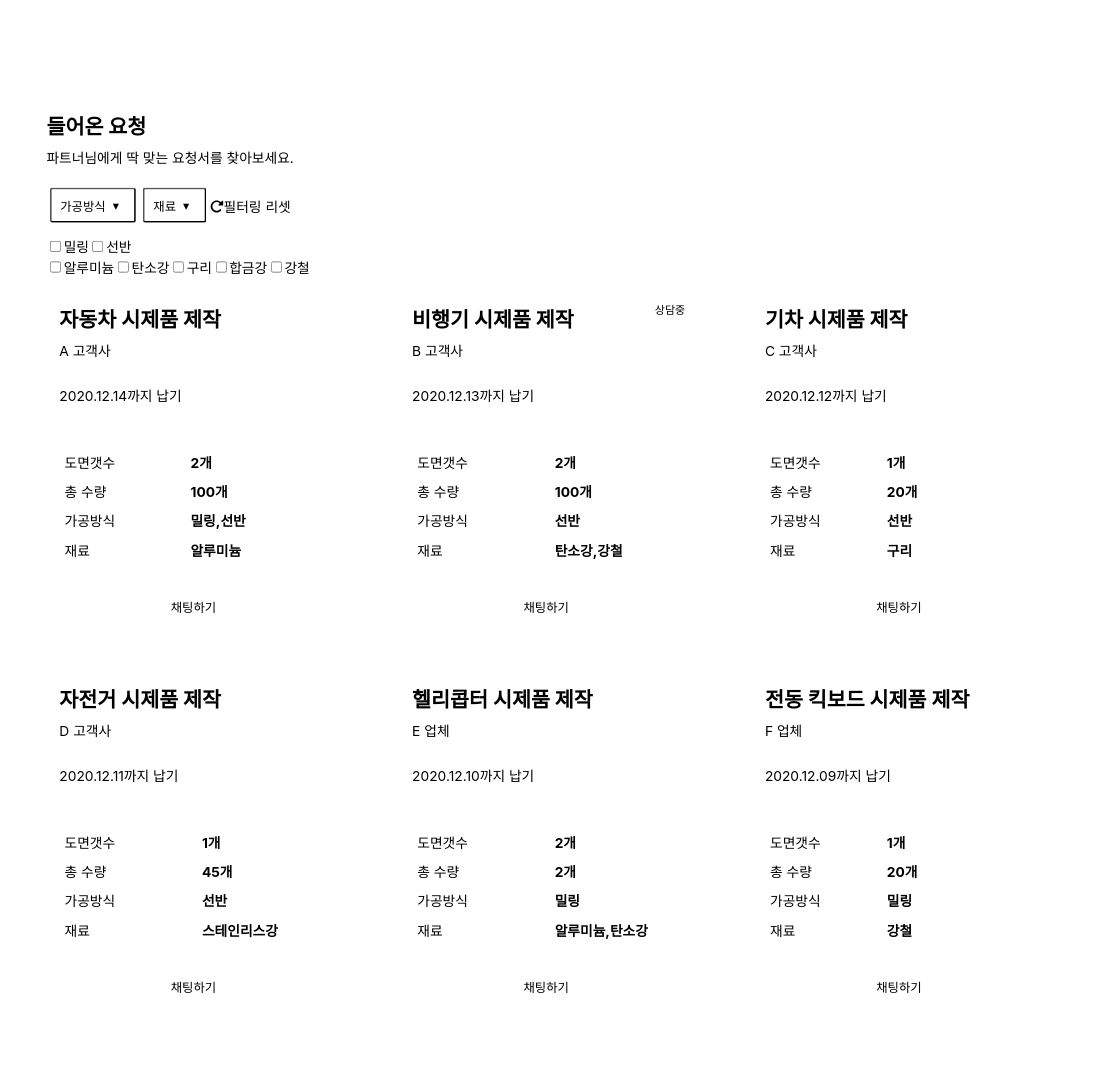
Repository: seoulsaram/capa
Page: /
An editor plug-in stored every save of this project. The page is shown before and after the next save, followed by the edit.
The browser window is 1280 px wide. The pictures show the whole page, at 86% of full size.
The project was rebuilt for these pictures with package versions that can differ from the ones it lists, and the page was loaded fresh each time. Requests to the local data server were answered from the project's data file. Also part of the build but not shown: src/App.css.

Above is the page before, as saved 2021-03-07 13:28:24.

### public/index.html
<!DOCTYPE html>
<html lang="en">
  <head>
    <meta charset="utf-8" />
    <link rel="icon" href="%PUBLIC_URL%/favicon.ico" />
    <meta name="viewport" content="width=device-width, initial-scale=1" />
    <meta name="theme-color" content="#000000" />
    <meta name="description" content="Web site created using create-react-app" />

    <title>React App</title>
  </head>
  <body>
    <noscript>You need to enable JavaScript to run this app.</noscript>
    <div id="root"></div>
  </body>
</html>

### src/index.js
import React from "react";
import ReactDOM from "react-dom";
import "./index.css";
import App from "./app";
import RequestInfo from "./service/request_info";

const requestInfo = new RequestInfo();

ReactDOM.render(
  <React.StrictMode>
    <App requestInfo={requestInfo} />
  </React.StrictMode>,
  document.getElementById("root")
);

### src/App.js
import "./app.css";
import Header from "./components/header/header";
import ItemContainer from "./components/item_container/item_container";
import "@fortawesome/fontawesome-free/js/all.js";

function App({ requestInfo }) {
  return (
    <div>
      <Header />
      <ItemContainer requestInfo={requestInfo} />
    </div>
  );
}

export default App;

### src/service/request_info.js
class RequestInfo {
  constructor() {
    this.getrequestOptions = {
      method: "GET",
    };
  }

  async getInfo() {
    const response = await fetch("http://localhost:3002/requests", this.getrequestOptions);
    const res = await response.json();
    return res;
  }
}

export default RequestInfo;

### src/components/header/header.js
import React, { memo } from "react";
import styles from "./header.module.css";

const Header = (props) => (
  <div className={styles.header}>
    <div className={styles.headerLeft}>
      <p>CAPA</p>
      <p>파트너스</p>
    </div>
    <div className={styles.headerRight}>
      <p>A가공업체</p>
      <div className={styles.line}></div>
      <p>로그아웃</p>
    </div>
  </div>
);

export default Header;

### src/components/item_container/item_container.js
import React, { useEffect, useState } from "react";
import Filter from "../filter/filter";
import RequestBox from "../request_box/request_box";
import styles from "./item_container.module.css";

const ItemContainer = ({ requestInfo }) => {
  const [reqInfo, setReqInfo] = useState([]);

  useEffect(() => {
    requestInfo.getInfo().then((info) => setReqInfo(info));
  }, [requestInfo]);

  const handleFilter = (filter) => {};

  return (
    <section className={styles.section}>
      <h2 className={styles.title}>들어온 요청</h2>
      <p className={styles.desc}>파트너님에게 딱 맞는 요청서를 찾아보세요.</p>
      <Filter reqInfo={reqInfo} handleFilter={handleFilter} />

      <ul className={styles.cards}>
        {reqInfo.map((info) => (
          <RequestBox reqInfo={info} key={info.id} />
        ))}
      </ul>
    </section>
  );
};

export default ItemContainer;

### src/components/header/header.module.css
@value MakeBlue from '../../common/color.css';

.header {
  display: flex;
  justify-content: space-between;
  padding: 5px 20px;
  background-color: MakeBlue;
  color: white;
}

.headerLeft {
  display: flex;
  align-items: center;
}

.headerRight {
  display: flex;
  align-items: center;
}

.line {
  width: 2px;
  height: 50%;
  background-color: white;
  margin: 0px 14px;
}

### src/components/filter/filter.jsx
import React, { useState } from "react";
import styles from "./filter.module.css";

const Filter = ({ reqInfo, handleFilter }) => {
  const [checked, setChecked] = useState([]);

  const method = ["밀링", "선반"];
  const material = ["알루미늄", "탄소강", "구리", "합금강", "강철"];
  //console.log(material.indexOf("알루미늄"));

  const handleToggle = (value) => {
    const currentIndex = method.indexOf(value);
    // -1
    const newChecked = [...checked];

    if (currentIndex >= 0) {
      newChecked.slice(currentIndex, 1);
    }
    newChecked.push(value);
    setChecked(newChecked);
    //handleFilter(newChecked);
    console.log(checked);
  };

  return (
    <section className={styles.section}>
      {/* 가공방식 */}
      {/* 1. 값이 든 배열 만들기
      2. 온클릭 이벤트를 만들기
      3. 이벤트에 두 가지 값을 동시에 필터링하는 로직 넣기
      4. checked 주기
      5. 선택된 필터 카운트해서 버튼에 갯수 보여주기
      온클릭이벤트로 : 체크드 속성 주고 토글로 해서 아래 필터메뉴 보이기
      */}
      <div className={styles.filterContainer}>
        <button className={styles.filterBtn}>
          가공방식<p className={styles.down}>▾</p>
        </button>

        {/* 재료 */}
        <button className={styles.filterBtn}>
          재료<p className={styles.down}>▾</p>
        </button>

        <div className={styles.reset}>
          <i className="fas fa-redo-alt"></i>필터링 리셋
        </div>
      </div>

      <div className={styles.filter}>
        {method.map((methods) => (
          <label htmlFor={methods} key={methods}>
            <input
              type="checkbox"
              name={methods}
              value={methods}
              onChange={() => handleToggle(methods)}
            />
            {methods}
          </label>
        ))}
      </div>

      <div className={styles.filter}>
        {material.map((materials) => (
          <label htmlFor={materials} key={materials}>
            <input
              type="checkbox"
              name={materials}
              value={materials}
              onChange={() => handleToggle(materials)}
            />
            {materials}
          </label>
        ))}
      </div>

      <div></div>
    </section>
  );
};

export default Filter;

// "requests": [
//     {
//       "id": 1,
//       "title": "자동차 시제품 제작",
//       "client": "A 고객사",
//       "due": "2020.12.14",
//       "count": 2,
//       "amount": 100,
//       "method": ["밀링", "선반"],
//       "material": ["알루미늄"],
//       "status": "대기중"
//     },

### src/components/request_box/request_box.jsx
import React from "react";
import styles from "./request_box.module.css";

const RequestBox = ({ reqInfo }) => {
  return (
    <div className={styles.card}>
      <div className={styles.top}>
        <div className={styles.titleContainer}>
          <h2>{reqInfo.title}</h2>
          {reqInfo.status === "상담중" && <div className={styles.status}>{reqInfo.status}</div>}
        </div>
        <p className={styles.client}>{reqInfo.client}</p>
        <p className={styles.due}>{reqInfo.due}까지 납기</p>
      </div>
      <div className={styles.line}></div>
      {/* 테이블 로만들기 */}
      <table className={styles.bottom}>
        <tbody className={styles.order}>
          <tr>
            <td className={styles.orderTitle}>도면갯수</td>
            <td className={styles.orderBold}>{reqInfo.count}개</td>
          </tr>
          <tr>
            <td className={styles.orderTitle}>총 수량</td>
            <td className={styles.orderBold}>{reqInfo.amount}개</td>
          </tr>
          <tr>
            <td className={styles.orderTitle}>가공방식</td>
            <td className={styles.orderBold}>{reqInfo.method.join(",")}</td>
          </tr>
          <tr>
            <td className={styles.orderTitle}>재료</td>
            <td className={styles.orderBold}>{reqInfo.material.join(",")}</td>
          </tr>
        </tbody>
      </table>
      <div className={styles.btnContainer}>
        <button className={styles.reqBtn}>요청 내역 보기</button>
        <button className={styles.chatBtn}>채팅하기</button>
      </div>
    </div>
  );
};

export default RequestBox;

### src/components/item_container/item_container.module.css
@value MakeBlue,MakeBlack,MakeLightBlue,MakeGrey,MakeLightGrey,MakeYellow from '../../common/color.css';
.section {
  padding: 54px;
  color: MakeBlack;
}

.title,
.desc {
  margin: 8px 0px;
}

.cards {
  display: flex;
  justify-content: space-between;
  flex-wrap: wrap;
}

### src/components/filter/filter.module.css
@value MakeBlue,MakeBlack,MakeLightBlue,MakeGrey,MakeLightGrey,MakeYellow from '../../common/color.css';

* {
  box-sizing: border-box;
}

.filterContainer {
  display: flex;
  align-items: center;
}

.filterBtn {
  margin: 15px 4px;
  padding: 8px 10px;
  background-color: transparent;
  border: 1px solid MakeLightGrey;
  border-radius: 0.2rem;
  outline: none;
  font-size: 0.9rem;
  cursor: pointer;
  display: flex;
  align-items: center;
  justify-content: space-between;
}

.down {
  color: MakeGrey;
  margin: 0px 8px;
}

.filterBtn:hover {
  border: 1px solid MakeLightBlue;
}

### src/components/request_box/request_box.module.css
@value MakeBlue,MakeBlack,MakeLightBlue,MakeGrey,MakeLightGrey,MakeYellow from '../../common/color.css';

* {
  box-sizing: border-box;
}

ul {
  margin: 0;
  padding: 0;
}

.card {
  width: 30%;
  border: 1px solid MakeLightGrey;
  border-radius: 3px;
  padding: 10px 15px;
  margin-bottom: 15px;
}

.card:hover {
  border: 1px solid MakeLightBlue;
}

.titleContainer {
  display: flex;
  align-items: center;
  justify-content: space-between;
}

.titleContainer > h2 {
  margin-bottom: 0px;
}

.client {
  margin: 8px 0px;
}
.due {
  color: MakeGrey;
  margin-top: 28px;
}

.status {
  border: 1px solid MakeYellow;
  border-radius: 45px;
  padding: 4px;
  font-size: 0.8rem;
  color: MakeYellow;
}

.line {
  width: 98%;
  height: 2px;
  margin: auto;
  background-color: MakeLightGrey;
}
.bottom {
  margin-top: 30px;
  margin-bottom: 15px;
}

td {
  width: 25%;
  padding: 4px;
}

.orderBold {
  font-weight: 700;
}

.reqBtn,
.chatBtn {
  margin: 15px 4px;
  padding: 8px 10px;
  background-color: transparent;
  border: none;
  border-radius: 0.2rem;
  outline: none;
  font-size: 0.9rem;
  cursor: pointer;
}

.reqBtn {
  color: white;
  background-color: MakeLightBlue;
}

.chatBtn {
  border: 1px solid MakeLightBlue;
  color: MakeLightBlue;
}

### db.json
{
  "requests": [
    {
      "id": 1,
      "title": "자동차 시제품 제작",
      "client": "A 고객사",
      "due": "2020.12.14",
      "count": 2,
      "amount": 100,
      "method": ["밀링", "선반"],
      "material": ["알루미늄"],
      "status": "대기중"
    },
    {
      "id": 2,
      "title": "비행기 시제품 제작",
      "client": "B 고객사",
      "due": "2020.12.13",
      "count": 2,
      "amount": 100,
      "method": ["선반"],
      "material": ["탄소강", "강철"],
      "status": "상담중"
    },
    {
      "id": 3,
      "title": "기차 시제품 제작",
      "client": "C 고객사",
      "due": "2020.12.12",
      "count": 1,
      "amount": 20,
      "method": ["선반"],
      "material": ["구리"],
      "status": "대기중"
    },
    {
      "id": 4,
      "title": "자전거 시제품 제작",
      "client": "D 고객사",
      "due": "2020.12.11",
      "count": 1,
      "amount": 45,
      "method": ["선반"],
      "material": ["스테인리스강"],
      "status": "대기중"
    },
    {
      "id": 5,
      "title": "헬리콥터 시제품 제작",
      "client": "E 업체",
      "due": "2020.12.10",
      "count": 2,
      "amount": 2,
      "method": ["밀링"],
      "material": ["알루미늄", "탄소강"],
      "status": "대기중"
    },
    {
      "id": 6,
      "title": "전동 킥보드 시제품 제작",
      "client": "F 업체",
      "due": "2020.12.09",
      "count": 1,
      "amount": 20,
      "method": ["밀링"],
      "material": ["강철"],
      "status": "대기중"
    }
  ]
}

Loaded but not shown: src/index.css (common file)

After the next save:
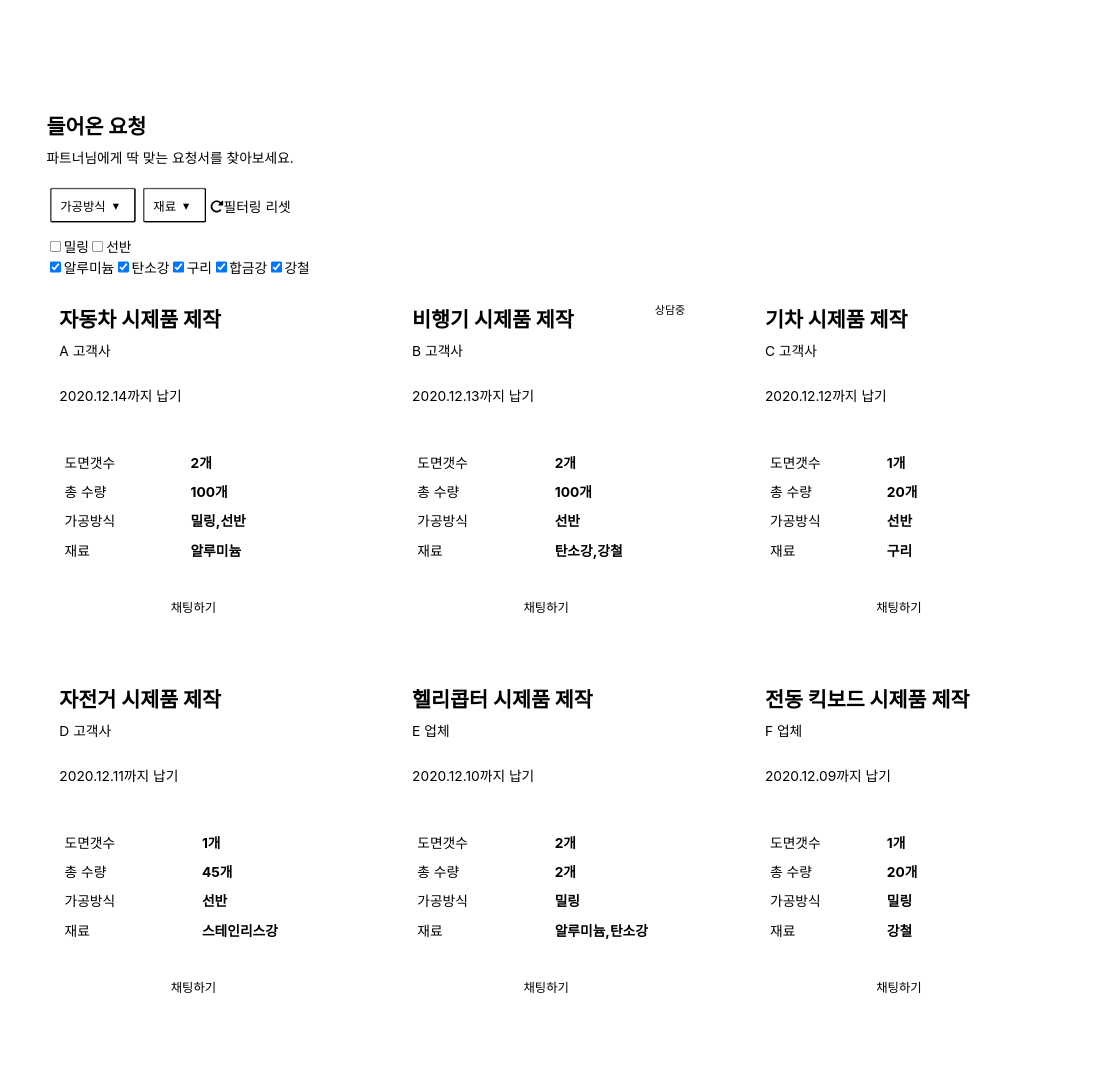
Saved 3 min 46 s later.
--- a/src/components/filter/filter.jsx
+++ b/src/components/filter/filter.jsx
@@ -2,25 +2,25 @@
 import styles from "./filter.module.css";
 
 const Filter = ({ reqInfo, handleFilter }) => {
-  const [checked, setChecked] = useState([]);
+  const [isChecked, setIsChecked] = useState(true);
 
   const method = ["밀링", "선반"];
   const material = ["알루미늄", "탄소강", "구리", "합금강", "강철"];
   //console.log(material.indexOf("알루미늄"));
 
-  const handleToggle = (value) => {
-    const currentIndex = method.indexOf(value);
-    // -1
-    const newChecked = [...checked];
+  // const handleToggle = (value) => {
+  //   const currentIndex = method.indexOf(value);
+  //   // -1
+  //   const newChecked = [...checked];
 
-    if (currentIndex >= 0) {
-      newChecked.slice(currentIndex, 1);
-    }
-    newChecked.push(value);
-    setChecked(newChecked);
-    //handleFilter(newChecked);
-    console.log(checked);
-  };
+  //   if (currentIndex >= 0) {
+  //     newChecked.slice(currentIndex, 1);
+  //   }
+  //   newChecked.push(value);
+  //   setChecked(newChecked);
+  //   //handleFilter(newChecked);
+  //   console.log(checked);
+  // };
 
   return (
     <section className={styles.section}>
@@ -68,7 +68,8 @@
               type="checkbox"
               name={materials}
               value={materials}
-              onChange={() => handleToggle(materials)}
+              onChange={(event) => setIsChecked(event.currentTarget.checked)}
+              checked={isChecked}
             />
             {materials}
           </label>

After the 2 saves that followed:
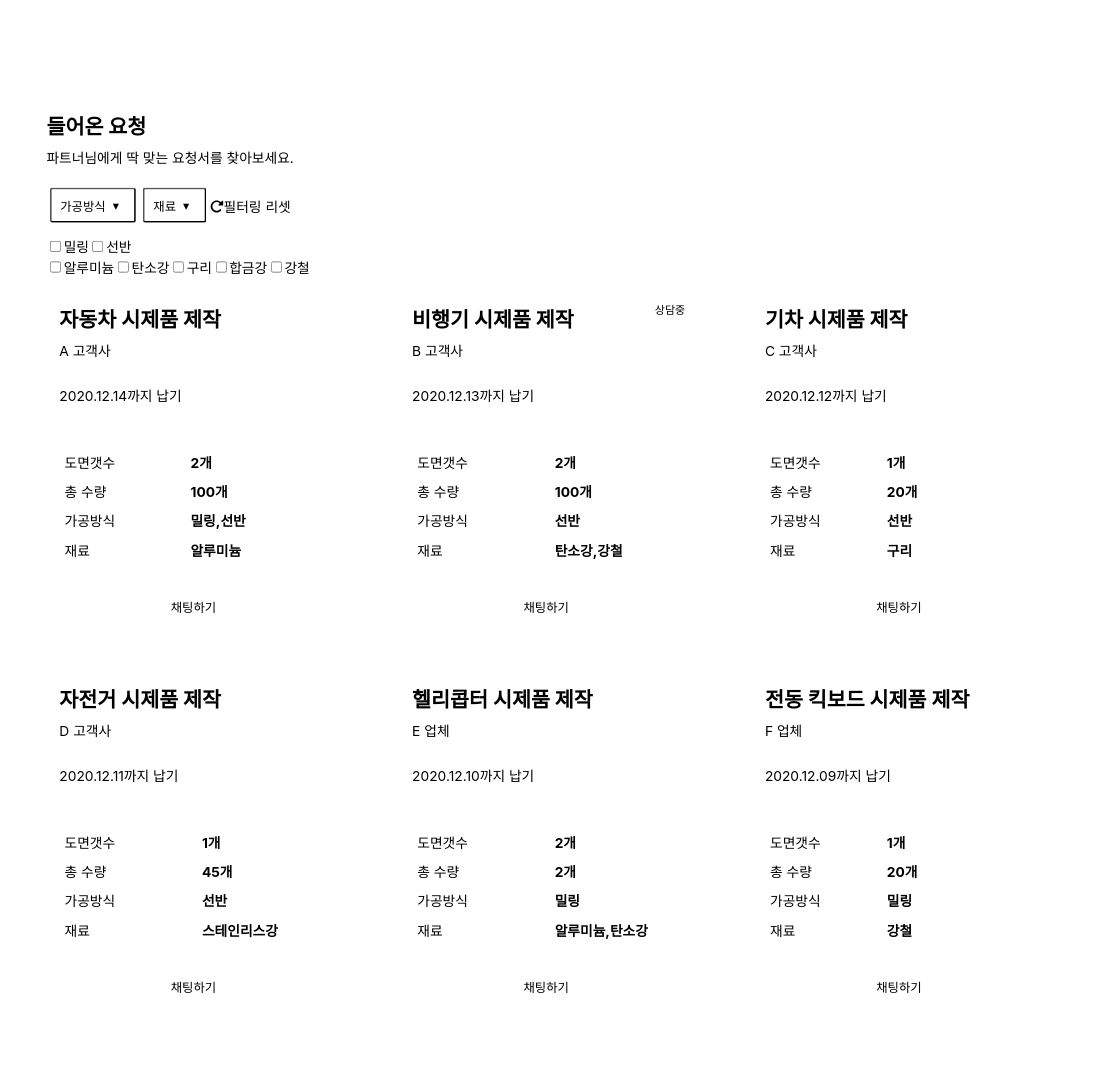
The 2 saves are shown as one change because 1 left the picture as it was.
The last was saved 41 s later.
--- a/src/components/filter/filter.jsx
+++ b/src/components/filter/filter.jsx
@@ -2,7 +2,7 @@
 import styles from "./filter.module.css";
 
 const Filter = ({ reqInfo, handleFilter }) => {
-  const [isChecked, setIsChecked] = useState(true);
+  const [isChecked, setIsChecked] = useState(false);
 
   const method = ["밀링", "선반"];
   const material = ["알루미늄", "탄소강", "구리", "합금강", "강철"];
@@ -50,12 +50,7 @@
       <div className={styles.filter}>
         {method.map((methods) => (
           <label htmlFor={methods} key={methods}>
-            <input
-              type="checkbox"
-              name={methods}
-              value={methods}
-              onChange={() => handleToggle(methods)}
-            />
+            <input type="checkbox" name={methods} value={methods} />
             {methods}
           </label>
         ))}
